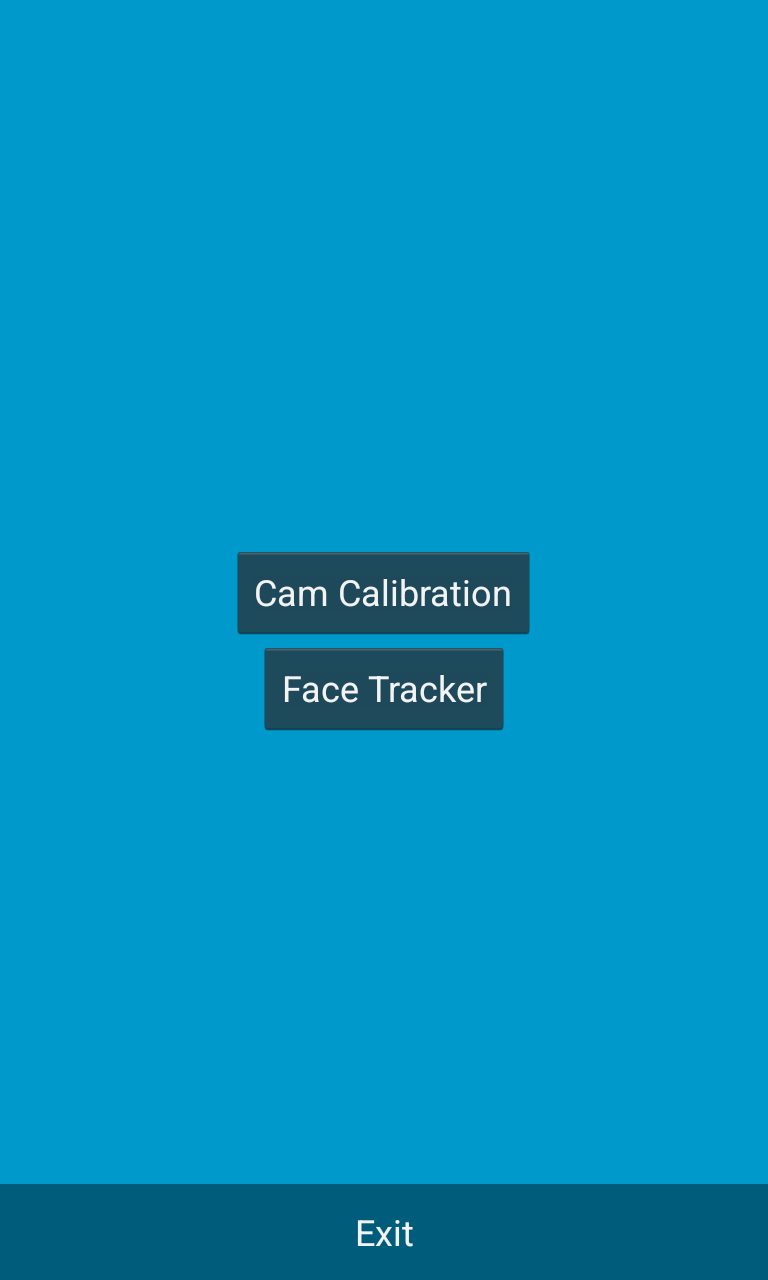
Repository: anuragawasthi89/AndroidImageProcessing
Layout: CVProcessor/res/layout/activity_main_window.xml
These files come from the project's save history. The layout is drawn as it stood at one moment and after the next save; the edit follows.
It is drawn on a 768 x 1280 px phone screen (xhdpi) without system bars, with theme FullscreenTheme; the app's code is not run.

Above is the layout before, as saved 2014-02-07 20:37:55.

### CVProcessor/res/layout/activity_main_window.xml
<FrameLayout xmlns:android="http://schemas.android.com/apk/res/android"
    xmlns:tools="http://schemas.android.com/tools"
    android:layout_width="match_parent"
    android:layout_height="match_parent"
    android:background="#0099cc"
    tools:context=".MainWindow" >

    <!--
         The primary full-screen view. This can be replaced with whatever view
         is needed to present your content, e.g. VideoView, SurfaceView,
         TextureView, etc.
    -->

    <LinearLayout
        android:id="@+id/fullscreen_content"
        android:layout_width="match_parent"
        android:layout_height="match_parent"
        android:gravity="center"
        android:keepScreenOn="true"
        android:orientation="vertical">

		<Button
		   android:id="@+id/view_camera_calibration_button"
		   android:layout_width="wrap_content"
		   android:layout_height="wrap_content"
		   android:text="@string/view_camera_calibration_button" />

		<Button
		   android:id="@+id/face_tracking_button"
		   android:layout_width="wrap_content"
		   android:layout_height="wrap_content"
		   android:text="@string/face_tracking_button" />

        </LinearLayout>

    <!--
         This FrameLayout insets its children based on system windows using
         android:fitsSystemWindows.
    -->

    <FrameLayout
        android:layout_width="match_parent"
        android:layout_height="match_parent"
        android:fitsSystemWindows="true" >

        <LinearLayout
            android:id="@+id/fullscreen_content_controls"
            style="?buttonBarStyle"
            android:layout_width="match_parent"
            android:layout_height="wrap_content"
            android:layout_gravity="bottom|center_horizontal"
            android:background="@color/black_overlay"
            android:orientation="horizontal"
            tools:ignore="UselessParent" >

            <Button
                android:id="@+id/exit_button"
                style="?buttonBarButtonStyle"
                android:layout_width="0dp"
                android:layout_height="wrap_content"
                android:layout_weight="1"
                android:text="@string/exit_button" />
        </LinearLayout>
    </FrameLayout>

</FrameLayout>

### CVProcessor/res/values/strings.xml
<?xml version="1.0" encoding="utf-8"?>
<resources>

    <string name="app_name">CV Processor</string>
    <string name="exit_button">Exit</string>
    <string name="dummy_content">DUMMY\nCONTENT</string>
    <string name="view_camera_calibration_button">Cam Calibration</string>
    <string name="face_tracking_button">Face Tracker</string>

    <string name="main_menu_button">Main Menu</string>

</resources>

Loaded but not shown: CVProcessor/res/values-v11/styles.xml (common file); CVProcessor/res/values/styles.xml (common file); CVProcessor/res/values/colors.xml (common file)

After the next save:
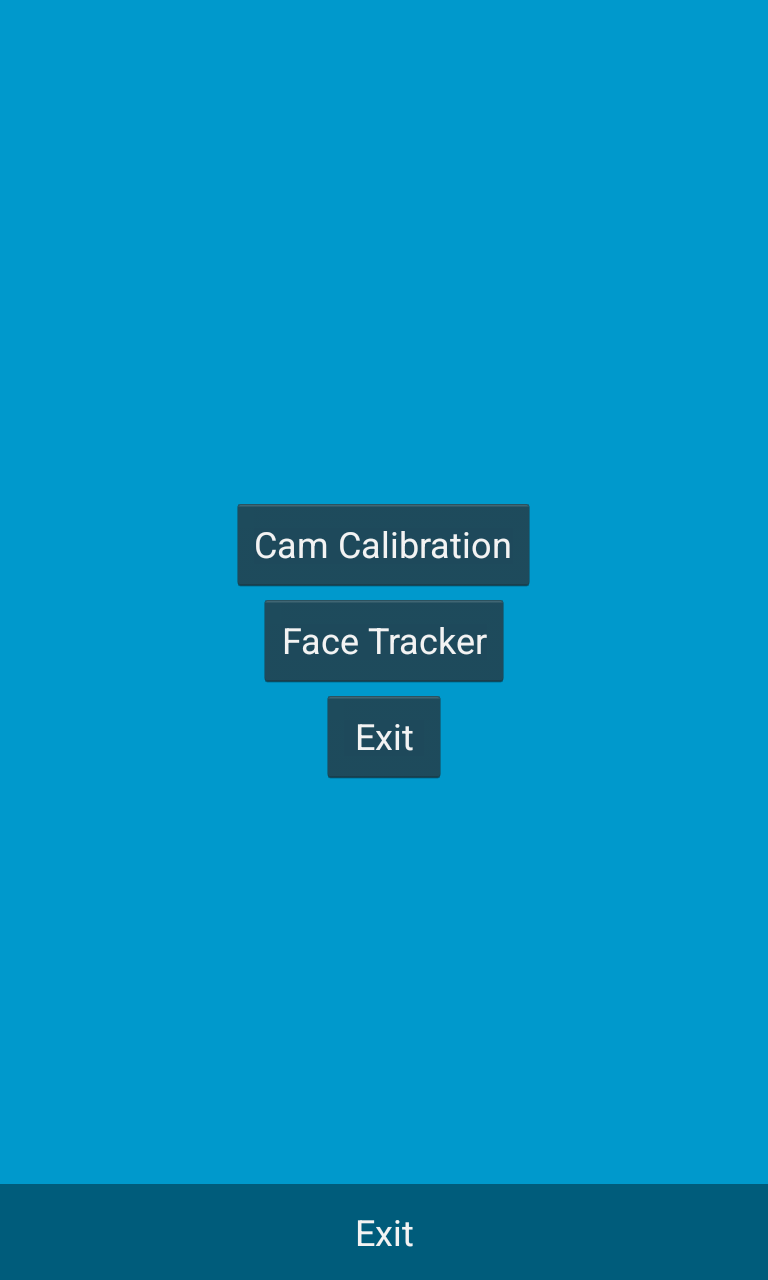
Saved 59 s later.
--- a/CVProcessor/res/layout/activity_main_window.xml
+++ b/CVProcessor/res/layout/activity_main_window.xml
@@ -30,6 +30,12 @@
 		   android:layout_width="wrap_content"
 		   android:layout_height="wrap_content"
 		   android:text="@string/face_tracking_button" />
+
+		<Button
+		   android:id="@+id/exit_button"
+		   android:layout_width="wrap_content"
+		   android:layout_height="wrap_content"
+		   android:text="@string/exit_button" />
 
         </LinearLayout>
 
